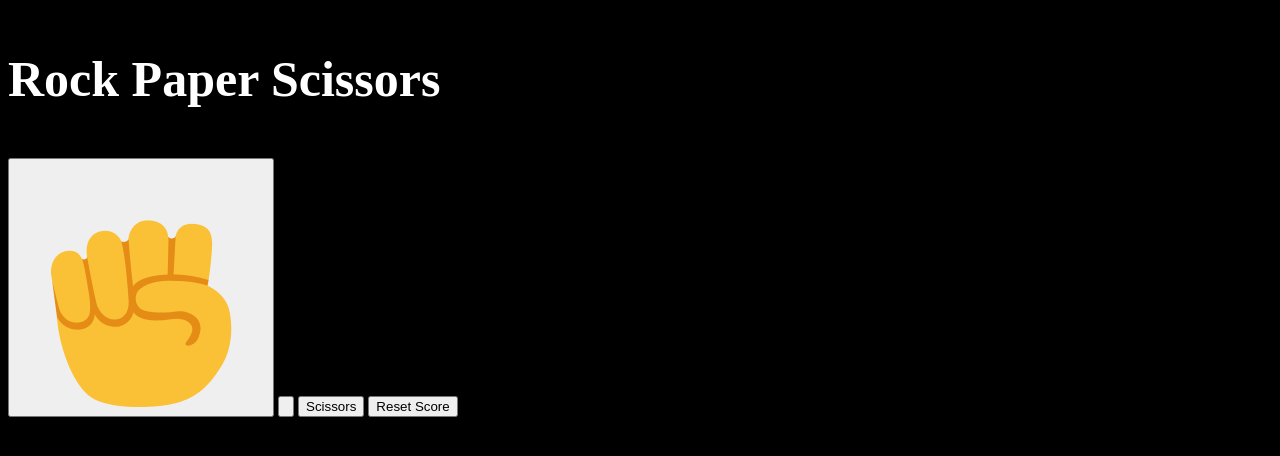
Repository: pgyunknown/Rock_paper_scissors-
Page: index.html
The author's editor kept a copy of each file at every save. The page is drawn from the files as they stood at one save, then again after a run of saves.
The browser window is 1280 px wide. The pictures show the whole page.

Above is the page before, as saved 2024-08-30 16:58:16.

### index.html

<!DOCTYPE html>
<html>
  <head>
    <title>Rock Paper Scissors</title>
    <link rel="stylesheet" href="index.css">
  </head>
  <body>
    <p class="title">Rock Paper Scissors</p>
    <button onclick="
      playGame('rock');
    "><img src="images/rock-emoji.png" alt=""></button>

    <button onclick="
      playGame('paper');
    "><img src="" alt=""></button>

    <button onclick="
      playGame('scissors');
    ">Scissors</button>

    <button onclick="
      score.wins = 0;
      score.losses = 0;
      score.ties = 0;
      localStorage.removeItem('score');
    ">Reset Score</button>

    <script src="index.js">

    </script>
  </body>
</html>

### index.css
body{
  background-color: black;
  color: white;
}
.title{
  font-size: 50px;
  font-weight: bold;
}

### index.js
      let score = JSON.parse(localStorage.getItem('score')) || {
        wins: 0,
        losses: 0,
        ties: 0
      };

      function pickComputerMove() {
        const randomNumber = Math.random();

        let computerMove = '';

        if (randomNumber >= 0 && randomNumber < 1 / 3) {
          computerMove = 'rock';
        } else if (randomNumber >= 1 / 3 && randomNumber < 2 / 3) {
          computerMove = 'paper';
        } else if (randomNumber >= 2 / 3 && randomNumber < 1) {
          computerMove = 'scissors';
      }

        return computerMove;
      }
      function playGame(playerMove) {
        const computerMove = pickComputerMove();

        let result = '';

        if (playerMove === 'scissors') {
          if (computerMove === 'rock') {
            result = 'You lose.';
          } else if (computerMove === 'paper') {
            result = 'You win.';
          } else if (computerMove === 'scissors') {
            result = 'Tie.';
          }

        } else if (playerMove === 'paper') {
          if (computerMove === 'rock') {
            result = 'You win.';
          } else if (computerMove === 'paper') {
            result = 'Tie.';
          } else if (computerMove === 'scissors') {
            result = 'You lose.';
          }

        } else if (playerMove === 'rock') {
          if (computerMove === 'rock') {
            result = 'Tie.';
          } else if (computerMove === 'paper') {
            result = 'You lose.';
          } else if (computerMove === 'scissors') {
            result = 'You win.';
          }
        }

        if (result === 'You win.') {
          score.wins += 1;
        } else if (result === 'You lose.') {
          score.losses += 1;
        } else if (result === 'Tie.') {
          score.ties += 1;
        }

        localStorage.setItem('score', JSON.stringify(score));

        alert(`You picked ${playerMove}. Computer picked ${computerMove}. ${result}
Wins: ${score.wins}, Losses: ${score.losses}, Ties: ${score.ties}`);
      }

After the next 2 saves:
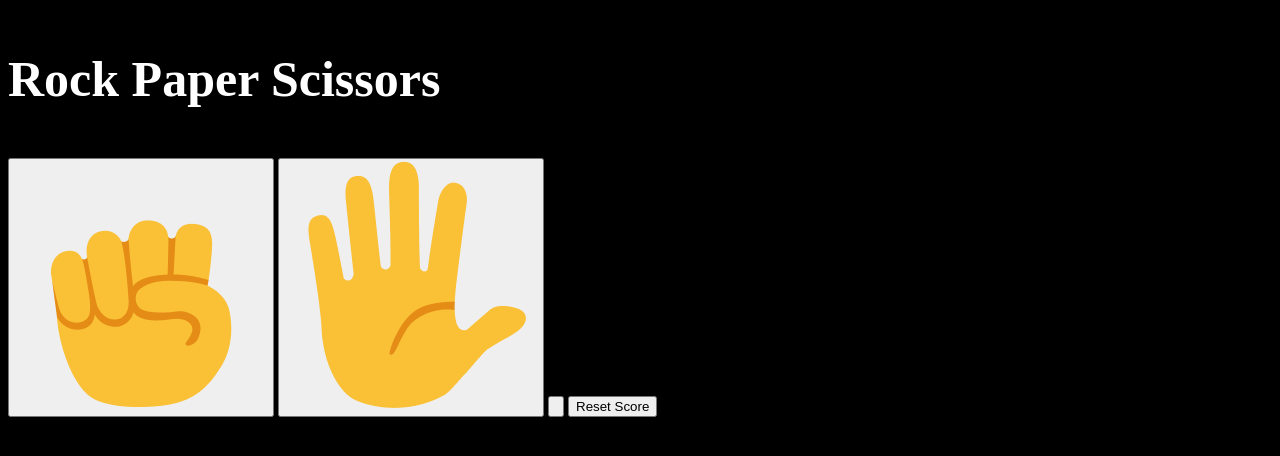
The 2 saves are shown as one change because they came seconds apart.
The last was saved 7 s later.
--- a/index.html
+++ b/index.html
@@ -13,11 +13,11 @@
 
     <button onclick="
       playGame('paper');
-    "><img src="" alt=""></button>
+    "><img src="images/paper-emoji.png" alt=""></button>
 
     <button onclick="
       playGame('scissors');
-    ">Scissors</button>
+    "><img src="" alt=""></button>
 
     <button onclick="
       score.wins = 0;
